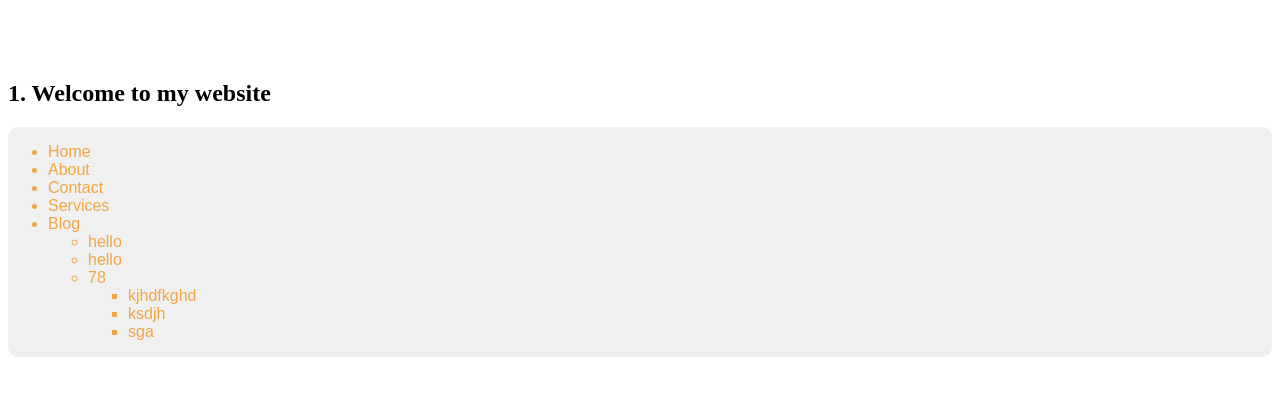
Repository: phulkeshwarmahto/CompleteJS
Page: index.html
An editor plug-in stored every save of this project. The page is shown before and after a run of saves, followed by the edit.
The browser window is 1280 px wide. The pictures show the whole page.

Above is the page before, as saved 2025-06-26 11:10:04.
Console error: TypeError: document.create is not a function

### index.html
<!DOCTYPE html>
<html lang="en">
<head>
    <meta charset="UTF-8">
    <meta name="viewport" content="width=device-width, initial-scale=1.0">
    <title>Document</title>
    <link rel="stylesheet" href="style.css">
</head>
<body>
    <h1 style="visibility: hidden;">1. Welcome to my website</h1>
    <h2>1. Welcome to my website</h2>
    <div id="list" ><ul>
        <li>Home</li>
        <li>About</li>
        <li>Contact</li>
        <li>Services</li>
        <li>Blog</li>
        <div name="jsw"><ul><li>
            hello
            <li>hello
                <li>78<ul class="list-unstyled">
                    <li>
                        kjhdfkghd
                    </li>
                    <li>ksdjh</li>
                    <li>sga</li>
                </ul></li>
            </li>
        </li></ul></div>
    </ul></div>
    <!-- <h1 id="myH">I am learning JavaScipt
    </h1>
    <p id="myP">this is an example <p>hello this is me</p></p>
    <p class="para" >today is monday and I am learnig DOM in js</p>
    <button onclick="window.print()">Click here to Print</button>
    <p >this is another paragraph</p>
    <p >this is another paragraph</p> -->
</body>
<script src="first.js">
</script>
<script src="DocumentObjectModel(DOM).js"></script>
</html>

### style.css
#list{
    width: 100%;
    height: 100%;
    overflow: auto;
    background-color: #f0f0f0;
    color: rgb(240, 166, 70);
    font-family: Arial, sans-serif;
    border: solid-Black 1px;
    border-radius: 10px;
}

### DocumentObjectModel(DOM).js
/* DOM = it is a programming interface for HTML and XML documents.
It represents the structure of a document as a tree of objects, allowing scripts to access and manipulate the content, structure, and style of a document.
The DOM provides a way to interact with the document, allowing developers to create dynamic web pages and applications by modifying the document structure, style, and content in response to user actions or other events.

 The DOM is language-agnostic, meaning it can be used with various programming languages, but it is most commonly associated with JavaScript in web development.
The DOM is a standard that defines the structure and behavior of documents, and it is implemented by web browsers to provide a consistent interface for developers to work with HTML and XML documents.
The DOM is a tree-like structure where each node represents a part of the document, such as an element, attribute, or text content.
The DOM provides methods and properties to traverse the document tree, access and modify elements, attributes, and text content, and respond to events such as user interactions.
The DOM is an essential part of web development, enabling developers to create interactive and dynamic web applications by manipulating the document structure and content in real-time.


/*  structutre of the DOM
+-----------+
|  window   |
+-----------+
     |
+-----------+
| document  |
+-----------+
     |
+-----------+
|   html    |
+-----------+
   /     \
 /         \
v           v
+------+   +------+
| head |   | body |
+------+   +------+
  |          |   \
  |          |    \
  v          v     v
+------+   +------+ +--------+
| meta |   |  div | | script |
+------+   +------+ +--------+
| meta |     |
+------+     v
|title |  +------+------+---+
+------+  | img, h1, p, div |
| link |  +-------------+---+
+------+

all boxes are nodes and also a objects in the DOM.
Each node can have attributes, child nodes, and text content.
*/

// Accessing the global object and document object in the browser environment

// console.dir(window); // window is the global object in the browser environment
// console.dir(document); // document is a property of the window object, representing the DOM of the current page
// console.dir(document.documentElement); // Represents the root element of the document (usually <html>)
// console.dir(document.head); // Represents the <head> element of the document
// console.dir(document.body); // Represents the <body> element of the document

// let word = document.getElementById("myH")
// console.dir(word); // Accessing an element by its ID
// console.dir(word.innerHTML); // Accessing the inner HTML of the element
// console.log(word.tagName); // Logging the tag name of the element (e.g., "H1")

// let elements = document.getElementsByClassName("para");
// console.dir(elements); // Accessing elements by their class name
// console.log(elements); // Logging the HTMLCollection of elements with the class "para"

// let paragraphs = document.getElementsByTagName("p");
// console.dir(paragraphs); // Accessing all <p> elements in the document
// console.log(paragraphs); // Logging the HTMLCollection of <p> elements

// // querySelector and querySelectorAll
// let firstPara = document.querySelector("p"); // Selects the first <p> element in the document
// console.dir(firstPara); // Logging the first <p> element
// console.log(firstPara); // Logging the first <p> element
// let allParas = document.querySelectorAll("p"); // Selects all <p> elements in the document
// console.dir(allParas); // Logging the NodeList of all <p> elements
// console.log(allParas); // Logging the NodeList of all <p> elements

// // element tags?
// console.log(document.body.firstChild); // Accessing the first child of the body element
// console.log(document.body.lastChild); // Accessing the last child of the body element
// let child = document.querySelector("p").children; // Accessing the children of the first paragraph element
// console.dir(child); // Logging the HTMLCollection of children of the first <div> element
// console.log(child); // Logging the HTMLCollection of children of the first <div> element

//
// let div = document.querySelector("div"); // Selecting the first <div> element
// console.dir(div); // Logging the <div> element
// console.log(div); // Logging the <div> element
// console.log(div.innerText) ; // Accessing the inner text of the <div> element
// console.log(div.innerHTML); // Accessing the inner HTML of the <div> element
// console.log(div.textContent); // Accessing the text content of the <div> element even id content is not visible
// // console.log(div.innerText =  "Hello World!"); // Modifying the inner text of the <div> element
// // console.log(div.innerHTML = "<h1>Hello World!</h1>"); // Modifying the inner HTML of the <div> element
// let heading = document.querySelector("h2"); // Selecting the first <h2> element
// console.dir(heading); // Logging the <h2> element
// console.log(heading); // Logging the <h2> element
// console.log(heading.innerText = "2.Welcome to my website"); // Accessing the inner text of the <h2> element
// console.log(heading.innerHTML = "<h1>Welcome to my website</h1>"); // Modifying the inner HTML of the <h2> element

// let heading2 = document.querySelector("h1"); // Selecting the first <h2> element
// console.dir(heading2); // Logging the <h1> element
// console.log(heading2); // Logging the <h1> element
// console.log(heading2.innerText ); // Accessing the inner text of the <h1> element
// console.log("");
// console.log(heading2.textContent); // Modifying the text content of the <h2> element

// let div = document.querySelector("div")
// console.log(div);

// let id = div.getAttribute("id");
// console.log(id);

// let name = div.getAttribute("name");
// console.log(name);

// let setId = div.setAttribute("id","newId");

// console.log(setId); // Setting a new id attribute for the <div> element
// let setName = div.setAttribute("name","newName");
// console.log(setName); // Setting a new name attribute for the <div> element


// let div = document.querySelector("div");
// console.log(div.style); // Accessing the style property of the <div> element
// console.log(div.style.color); // Accessing the color style of the <div> element
// console.log(div.style.fontSize); // Accessing the font size style of the <div>
// console.log(div.style.fontWeight); // Accessing the font weight style of the <div>
// console.log(div.style.backgroundColor = "lightgreen"); //  Setting the background color style of the <div> element
// console.log(div.style.fontSize = "20px"); // Setting the font size style of the <div> element
// console.log(div.style.fontWeight = "bold"); // Setting the font weight style of the <div> element


let btn = document.create("button");
console.log(btn.innerText = "Click Me"); // Setting the inner text of the button
console.log(btn); // Logging the button element

let div = document.querySelector("div");
div.prepend(btn); // Appending the button to the <div> element
console.log(div); // Logging the <div> element after appending the button

Loaded but not shown: first.js (no copy from this time; the picture is the same without it)

After the next 3 saves:
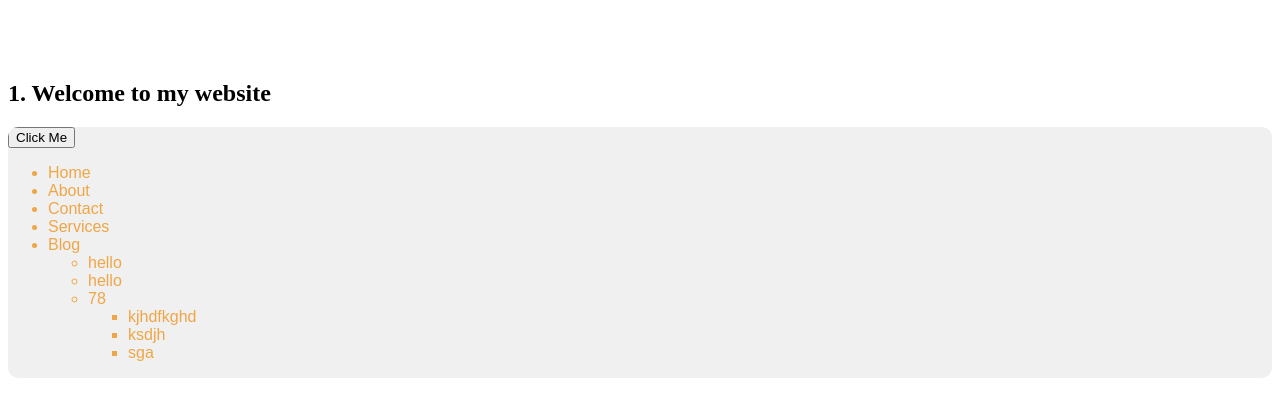
The error is gone.
The 3 saves are shown as one change because they came seconds apart.
The last was saved 9 s later.
--- a/DocumentObjectModel(DOM).js
+++ b/DocumentObjectModel(DOM).js
@@ -128,7 +128,7 @@ Each node can have attributes, child nodes, and text content.
 // console.log(div.style.fontWeight = "bold"); // Setting the font weight style of the <div> element
 
 
-let btn = document.create("button");
+let btn = document.createElement("button");
 console.log(btn.innerText = "Click Me"); // Setting the inner text of the button
 console.log(btn); // Logging the button element
 
